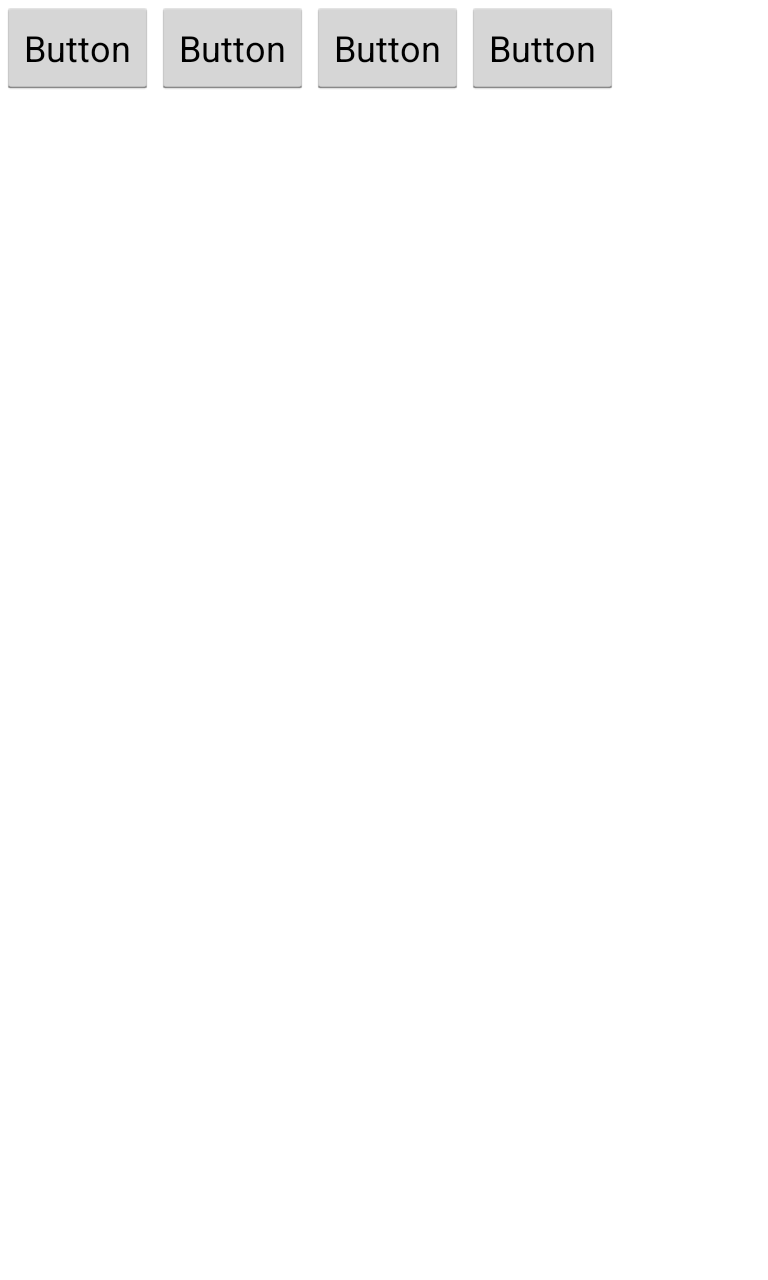
Repository: HGtz2222/LearningAndroid
Layout: test1/Calc/res/layout/calcActivity.xml
These files come from the project's save history. The layout is drawn as it stood at one moment and after the next save; the edit follows.
It is drawn on a 768 x 1280 px phone screen (xhdpi) without system bars, with theme AppTheme; the app's code is not run.

Above is the layout before, as saved 2014-09-15 07:24:44.

After the next save:
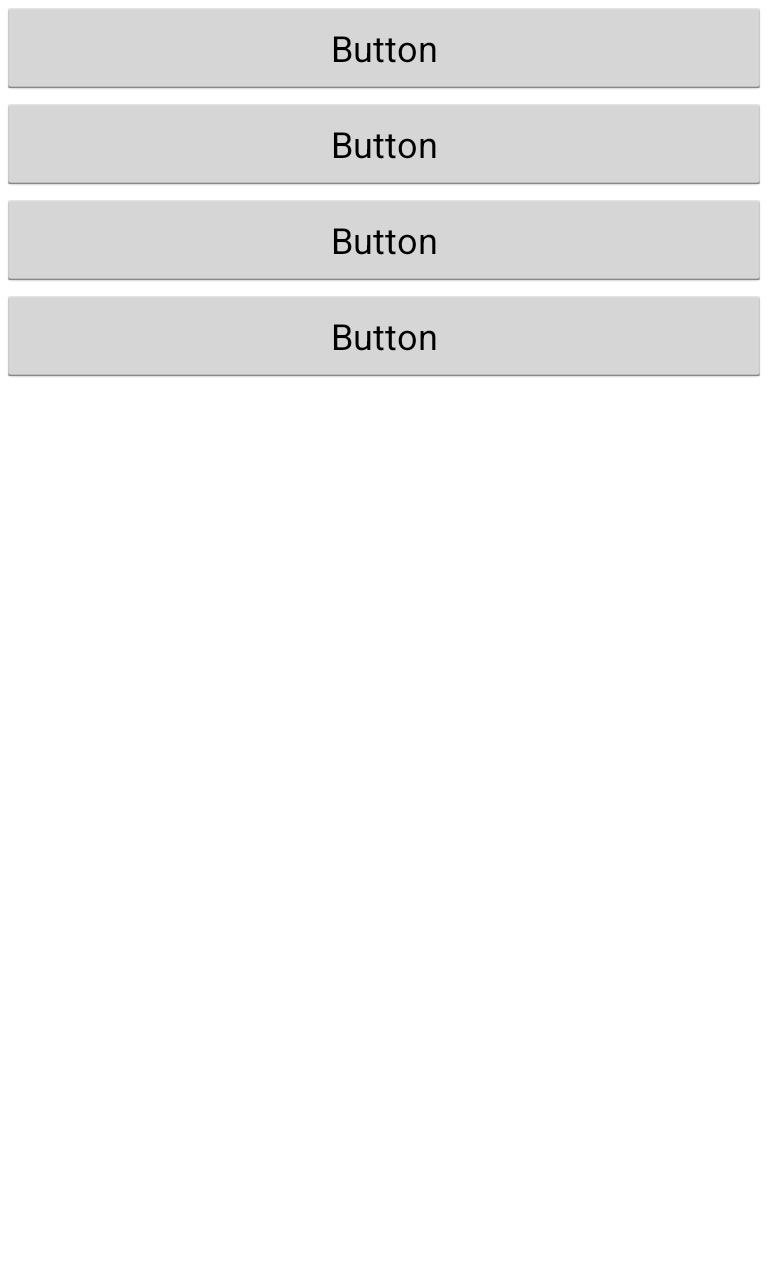
Saved 3 min 52 s later.
--- a/test1/Calc/res/layout/calcActivity.xml
+++ b/test1/Calc/res/layout/calcActivity.xml
@@ -1,4 +1,5 @@
-<RelativeLayout xmlns:android="http://schemas.android.com/apk/res/android"
+<TableLayout xmlns:android="http://schemas.android.com/apk/res/android"
+    android:id="@+id/TableLayout1"
     android:layout_width="fill_parent"
     android:layout_height="fill_parent" >
 
@@ -6,32 +7,24 @@
         android:id="@+id/button1"
         android:layout_width="wrap_content"
         android:layout_height="wrap_content"
-        android:layout_alignParentLeft="true"
-        android:layout_alignParentTop="true"
         android:text="Button" />
 
     <Button
         android:id="@+id/button2"
         android:layout_width="wrap_content"
         android:layout_height="wrap_content"
-        android:layout_alignParentTop="true"
-        android:layout_toRightOf="@+id/button1"
         android:text="Button" />
 
     <Button
         android:id="@+id/button3"
         android:layout_width="wrap_content"
         android:layout_height="wrap_content"
-        android:layout_alignParentTop="true"
-        android:layout_toRightOf="@+id/button2"
         android:text="Button" />
 
     <Button
         android:id="@+id/button4"
         android:layout_width="wrap_content"
         android:layout_height="wrap_content"
-        android:layout_alignParentTop="true"
-        android:layout_toRightOf="@+id/button3"
         android:text="Button" />
 
-</RelativeLayout>
+</TableLayout>
